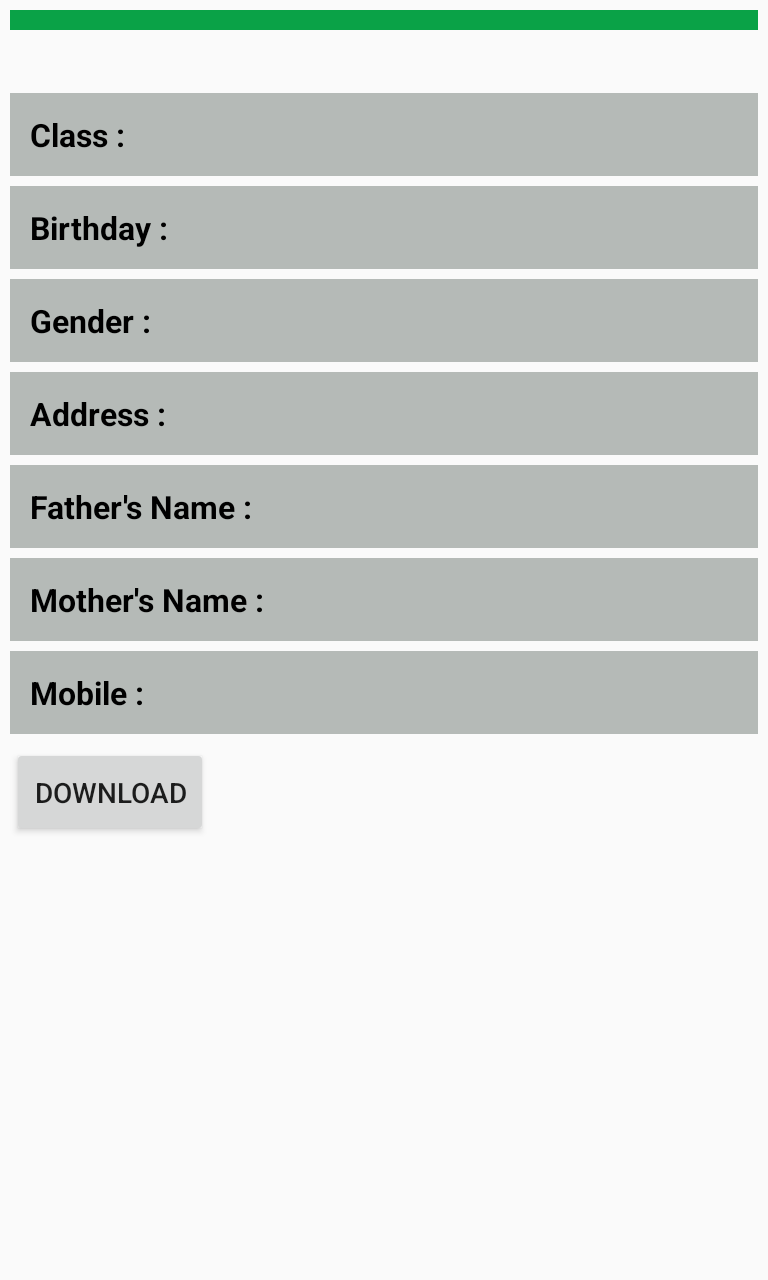
Repository: iguardian2015/iguardian-litchi
Layout: iguardian/res/layout/costum_main_student.xml
The author's editor kept a copy of each file at every save. The layout is drawn from the files as they stood at one save, then again after the next save.
It is drawn on a 768 x 1280 px phone screen (xhdpi) without system bars, with theme AppTheme; the app's code is not run.

Above is the layout before, as saved 2015-01-03 21:34:43.

After the next save:
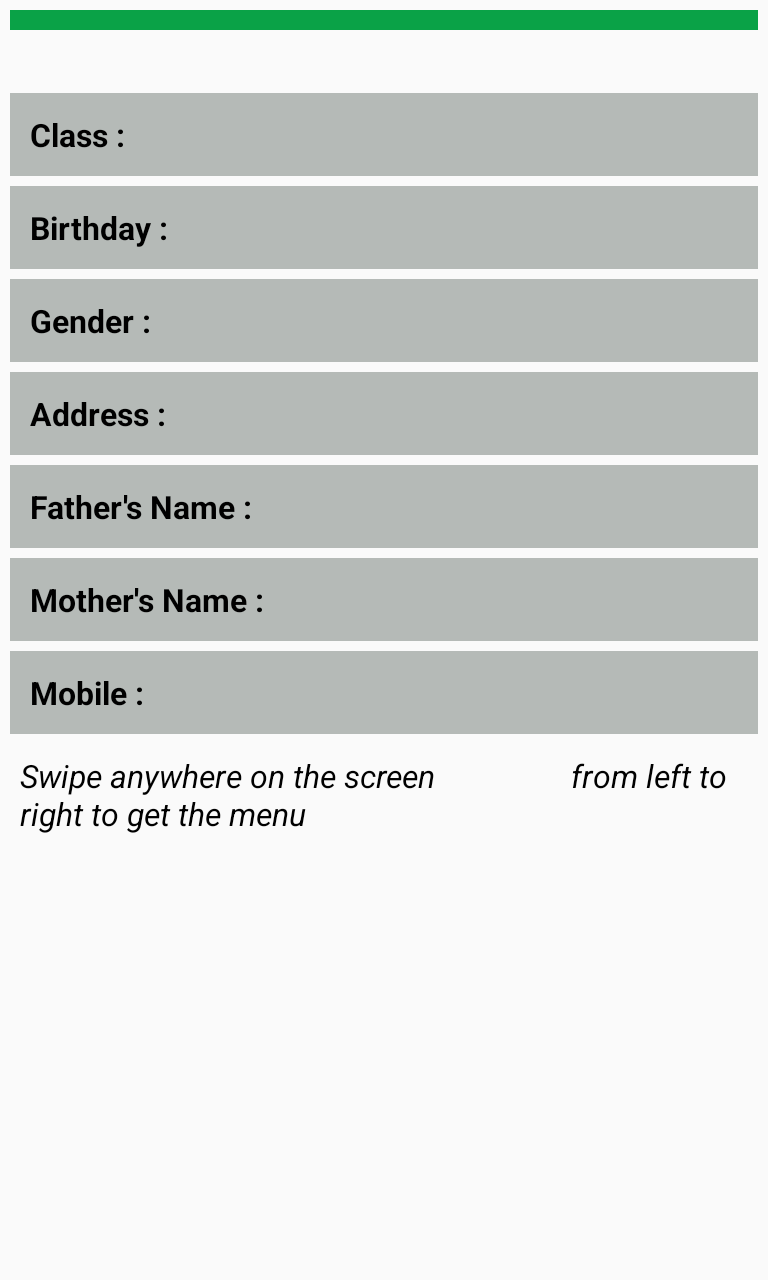
Saved 2 min 30 s later.
--- a/iguardian/res/layout/costum_main_student.xml
+++ b/iguardian/res/layout/costum_main_student.xml
@@ -241,11 +241,18 @@
                 android:textStyle="italic" />
         </LinearLayout>
 
-        <Button
-            android:id="@+id/download"
-            android:layout_width="wrap_content"
-            android:layout_height="wrap_content"
-            android:text="download" />
+        <TextView
+                android:id="@+id/swipe_anywhere"
+                android:layout_width="wrap_content"
+                android:layout_height="wrap_content"
+                android:gravity="left"
+                android:padding="5dp"
+                android:text="Swipe anywhere on the screen
+                from left to right to get the menu"
+                android:textColor="#000000"
+                android:textSize="16sp"
+                android:textStyle="italic" />
+
 "
     </LinearLayout>
 
